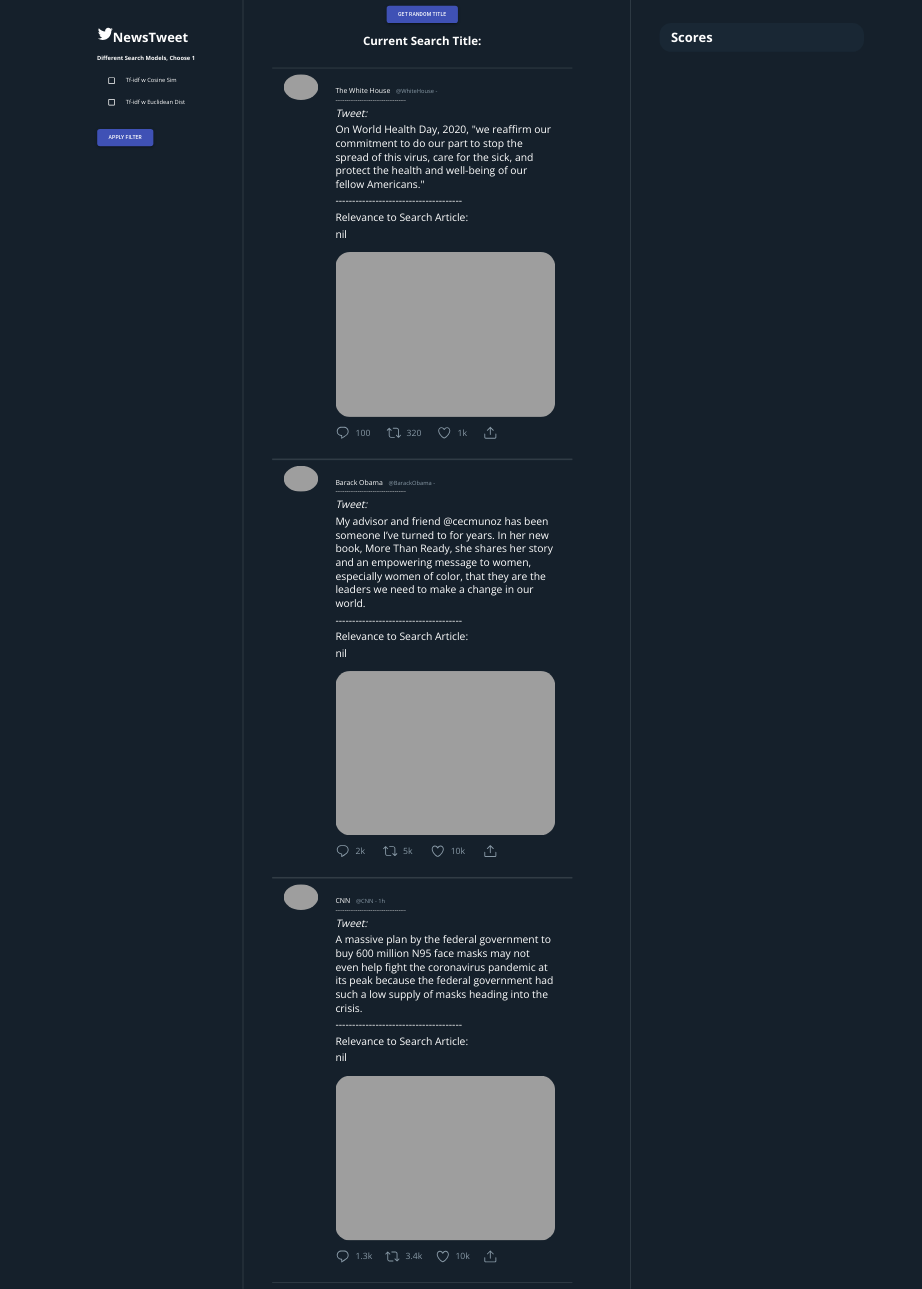
Repository: Dustyik/IR-tweets---disaster-
Page: / (app in Frontend/)
These files come from the project's save history. The page is drawn as it stood at one moment and after the next save; the edit follows.
The browser window is 1280 px wide. The pictures show the whole page, at 72% of full size.
Pictures or frames that could not be fetched are drawn as grey boxes. The page's requests for data from a server got no answer. The project was rebuilt for these pictures with package versions that can differ from the ones it lists, and the page was loaded fresh each time. No one was signed in, and anything a server would have sent is missing. Also part of the build but not shown: Frontend/src/components/trending/Trend.js, Frontend/src/components/trending/TrendsList.js, Frontend/src/components/trending/FollowSuggestionCard.js, Frontend/src/styles/FollowList.css, Frontend/src/components/trending/FollowSuggestionsList.js, Frontend/src/components/StatusCard.js, Frontend/src/pages/Status.js, Frontend/src/components/profile/ProfileHead.js and 3 more.

Above is the page before, as saved 2021-08-03 19:18:04.

### Frontend/public/index.html
<!DOCTYPE html>
<html lang="en">

<head>
  <meta charset="utf-8" />
  <link rel="icon" href="%PUBLIC_URL%/favicon.ico" />
  <meta name="viewport" content="width=device-width, initial-scale=1" />
  <meta name="theme-color" content="#000000" />
  <meta name="description" content="Web site created using create-react-app" />
  <link rel="apple-touch-icon" href="%PUBLIC_URL%/logo192.png" />
  <link href="https://fonts.googleapis.com/css2?family=Open+Sans:wght@400;700&display=swap" rel="stylesheet">
  <!--
      manifest.json provides metadata used when your web app is installed on a
      user's mobile device or desktop. See https://developers.google.com/web/fundamentals/web-app-manifest/
    -->
  <link rel="manifest" href="%PUBLIC_URL%/manifest.json" />
  <!--
      Notice the use of %PUBLIC_URL% in the tags above.
      It will be replaced with the URL of the `public` folder during the build.
      Only files inside the `public` folder can be referenced from the HTML.

      Unlike "/favicon.ico" or "favicon.ico", "%PUBLIC_URL%/favicon.ico" will
      work correctly both with client-side routing and a non-root public URL.
      Learn how to configure a non-root public URL by running `npm run build`.
    -->
  <title>React App</title>
</head>

<body>
  <noscript>You need to enable JavaScript to run this app.</noscript>
  <div id="root"></div>
  <!--
      This HTML file is a template.
      If you open it directly in the browser, you will see an empty page.

      You can add webfonts, meta tags, or analytics to this file.
      The build step will place the bundled scripts into the <body> tag.

      To begin the development, run `npm start` or `yarn start`.
      To create a production bundle, use `npm run build` or `yarn build`.
    -->
</body>

</html>

### Frontend/src/App.js
import React from 'react';
import { BrowserRouter as Router, Route } from 'react-router-dom';
import './App.css';
import { Sidebar } from './components/Sidebar';
import { Home } from './pages/Home';
import { Trending } from './components/trending/Trending';
import { GlobalProvider } from './context/GlobalState';
import { Status } from './pages/Status';
import ScrollToTop from './utils/ScrollToTop';
import { Profile } from './pages/Profile';

function App() {
  return (
    <GlobalProvider >
      <Router >

        <ScrollToTop>
          <div className="App">
            <div className="side-nav">
              <Sidebar />
            </div>
            <div className="main trending">

              <Route exact path="/" component={Home} />
              { /*
              <Route exact path="/:id" component={Profile} />
              <Route exact path="/status/:id" component={Status} />
              */}


            </div>

            <div className="trending">
              <Trending />
            </div>
          </div>
        </ScrollToTop>

      </Router>
    </GlobalProvider>
  );
}

export default App;

### Frontend/src/App.css
:root {
    --body-bg        : rgb(21, 32, 43);
    --sky-blue       : rgba(29, 161, 242, 1.00);
    --light          : rgba(255, 255, 2555);
    --grey           : rgb(136, 153, 166);
    --border         : rgb(56, 68, 77);
    --thick-border   : rgb(37, 51, 65);
    --thick-border   : rgb(37, 51, 65);
    --card-background: rgb(25, 39, 52);
}

body {
    background-color: var(--body-bg);
    font-family     : 'Open Sans', sans-serif;
    padding         : 0;
    margin          : 0;
    color           : var(--light);
}

html {
    font-size: 8px;
}

::-webkit-input-placeholder {
    /* Chrome/Opera/Safari */
    font-size  : 2.5rem;
    color      : #9197a3;
    font-weight: 400;
}

::-moz-placeholder {
    /* Firefox 19+ */
    font-size  : 2.5rem;
    color      : #9197a3;
    font-weight: 400;
}

:-ms-input-placeholder {
    /* IE 10+ */
    font-size  : 2.5rem;
    color      : #9197a3;
    font-weight: 400;
}

:-moz-placeholder {
    /* Firefox 18- */
    font-size  : 2.5rem;
    color      : #9197a3;
    font-weight: 400;
}

.App {
    display              : grid;
    grid-template-columns: 2.5fr 4fr 3fr;
}

.side-nav {
    padding-left: 40%;
    padding-top : 3rem;
}

.side-nav svg {
    fill : var(--light);
    width: 2.75rem;
}

.side-nav svg:hover {
    fill: var(--sky-blue);
}

.side-nav-item {
    padding: 2rem 0;

}

.side-nav .side-nav-item .side-nav-text {
    font-size     : 2.25rem;
    font-weight   : 700;
    color         : var(--light);
    padding-left  : 3rem;
    vertical-align: bottom;
}

.avatar {
    display: inline;
}

.avatar img {
    border-radius: 50%;
}


/* helper classes */
.p-0 {
    padding: 0
}


.pl-0 {
    padding-left: 0
}

.p-1 {
    padding: 1rem;
}

.p-2 {
    padding: 2rem
}

.pr-0 {
    padding-right: 0
}

.pb-1 {
    padding-bottom: 1rem;
}

.m-0 {
    margin: 0
}

.mb-0 {
    margin-bottom: 0;
}

.text-center {
    text-align: center;
}

.w-100 {
    width: 100%;
}

.pl-1 {
    padding-left: 1rem;
}

.pr-1 {
    padding-right: 1rem;
}

ul {
    list-style: none;
}

.flex-align-center {
    display    : flex;
    align-items: center;
}

.flex-space-between {
    display        : flex;
    justify-content: space-between;
}

.inline-block {
    display: inline-block;

}


.btn {
    color      : var(--light);
    font-weight: 700;
    cursor     : pointer;
    border     : none;
    background : transparent;
}

.tweet-btn {
    border-radius   : 4rem;
    font-size       : 2rem;
    padding         : 1.5rem;
    background-color: var(--sky-blue);
    width           : 80%;
}

.follow-btn {
    border-radius: 3rem;
    font-size    : 2rem;
    padding      : 0.5rem;
    font-weight  : 700;
    color        : var(--sky-blue);
    border       : 1px solid var(--sky-blue);
}

.pointer {
    cursor: pointer;
}

.bold-dull-para {
    font-size: 1.75rem;
    color    : var(--grey);
}

a {
    text-decoration: none;
    color          : inherit;
}

h1 {
    font-size  : 2.25rem;
    font-weight: 700;
    color      : var(--light);
}

h2 {
    font-size  : 2rem;
    font-weight: 700;
    color      : var(--light);
}

input:focus {
    outline: none;
}

### Frontend/src/components/Sidebar.js
import React, {useState, useContext} from 'react';
import { Logo, HomeIcon, ExploreIcon, NotificationIcon, MessageIcon, BookmarkIcon, ListsIcon, MoreIcon } from '../images/svg/svgs';
import { SmallAvatar } from '../images/avatars';
import { Checkbox } from '@material-ui/core';
import { Button } from '@material-ui/core';
import * as API from "../apifunctions"
import { GlobalContext } from '../context/GlobalState'
import { uniqueNamesGenerator, Config, adjectives, colors, animals } from 'unique-names-generator';


const SEARCH_MODELS = ["Tf-idf w Cosine Sim", "Tf-idf w Euclidean Dist"]

export const Sidebar = () => {
    const profImageurl = 'https://pbs.twimg.com/profile_images/1247964769669136385/KVCROk2D_bigger.jpg';
    const [searchModelsLocalState, setSearchModelsLocalState] = useState([])

    const {setSearchModels, searchModels, title, removeAllTweets, addTweet} = useContext(GlobalContext);

    const checkBoxToggled = (event) => {
        const id = event.id
        const checkValue = event.checked

        if (checkValue){
            setSearchModels(id)
            setSearchModelsLocalState(id)
        }
    }

    const applyFilter = () => {
        API.applySearchFilters(searchModels, title.title, title.id).then(
            res => {
                removeAllTweets()
                const data = JSON.parse(res.data.pandas_data)
                const rankingScore = res.data.ranking_score


                const relevanceData = data.relevance
                const tweetData = data.text
                const tweetIdData = data.id
                const relatedArticlesData = data.related_article

                for (let i = 0; i < Object.keys(relevanceData).length; i++){
                    let pxSize = 140 + i*3
                    const newTweet = {
                        name: uniqueNamesGenerator({dictionaries: [adjectives, colors, animals]}),
                        tweet: tweetData[i],
                        relevance: relevanceData[i],
                        image: `https://placeimg.com/${pxSize}/${pxSize}/any`
                    }
                    addTweet(newTweet)
                }
            }
        )
    }

    const createCheckBoxes = () =>
        SEARCH_MODELS.map((e) => {

            return (
                <div>
                <Checkbox
                size = "medium"
                id = {e}
                onChange = {(e) => checkBoxToggled(e.target)}
                checked = {searchModelsLocalState == e}
                >
                </Checkbox>
                {e}

                </div>
            )
        }
    )


    const checkBoxes = createCheckBoxes()

    return (
        <div>
            <div className="side-nav-header">

                <h1>
                <Logo />
                    NewsTweet
                </h1>
            </div>
            <h4>
                Different Search Models,
                Choose 1
            </h4>



            {checkBoxes}

            <div>
                &nbsp;
            </div>
            <div>
                &nbsp;
            </div>

            <Button
                onClick = {applyFilter}
                variant="contained" color="primary">
                Apply Filter
            </Button>



        </div>
    )
}

### Frontend/src/pages/Home.js
import React, { useState, useEffect, useContext } from 'react';
import '../styles/Main.css';
import { TweetList } from '../components/TweetList';
import { SearchIcon } from '../images/svg/svgs'
import * as API from "../apifunctions"
import { Button } from '@material-ui/core';
import { GlobalContext } from '../context/GlobalState'


export const Home = () => {
    const [titlesState, setTitlesState] = useState([])
    const { title, setTitle } = useContext(GlobalContext);


    useEffect(() => {
        API.getTitles().then(
            res => {
                const data = JSON.parse(res.data);
                const titlesData = data.title
                const idData = data.id
                var values = []
                for (let i = 0; i < Object.keys(titlesData).length; i++){
                    values.push({
                        title: titlesData[i],
                        id: idData[i]
                    })
                }
                setTitlesState(values)
            }
        ).catch(
            err => console.log("Error fetching titles", err)
        )
    }, [])

    const randomButtonClick = () => {
        const randomElement = titlesState[Math.floor(Math.random() * titlesState.length)];
        setTitle(randomElement)
    }

    return (
        <>
            <div style = {{display:"flex", flexDirection:"row", justifyContent:"center"}}>
            {/*
            <div className="search-box flex-align-center">
                    <SearchIcon />
                    <input placeholder="Search Our Corpus Using Headlines" className="search-input w-100" type="text" />
            </div>
            */}
            <Button
                onClick = {randomButtonClick}
                variant="contained"
                color="primary">
                Get Random Title
            </Button>

            </div>
            <h2 style = {{display:"flex", justifyContent:"center"}}>
                Current Search Title:
            </h2>

            <h2 style = {{display:"flex", justifyContent:"center"}}>
               {title.title}
            </h2>
                {/*
            <NewTweet />
                */}
            <div className="tweets">
                <TweetList />
            </div>
        </>
    )
}

### Frontend/src/components/trending/Trending.js
import React from 'react';
import '../../styles/Trending.css';
import { SearchIcon } from '../../images/svg/svgs'
import { TrendsList } from './TrendsList';
import { FollowSuggestionsList } from './FollowSuggestionsList';


export const Trending = () => {
    return (
        <>
            <div>

                <div className="trends-list m-0">
                    {/*
                    <TrendsList />
                    */}
                    <h1>
                    Scores
                    </h1>
                </div>
                {/*
                <div className="follow-list">
                    <FollowSuggestionsList />
                </div>
                */}
            </div>
        </>
    )
}

### Frontend/src/utils/ScrollToTop.js
import React, { useEffect, Fragment } from 'react';
import { withRouter } from 'react-router-dom';

function ScrollToTop({ history, children }) {
    useEffect(() => {
        const unlisten = history.listen(() => {
            window.scrollTo(0, 0);
        });
        return () => {
            unlisten();
        }
    }, []);

    return <Fragment>{children}</Fragment>;
}

export default withRouter(ScrollToTop);

### Frontend/src/images/avatars.js
import React from 'react'

export const SmallAvatar = ({ width, image }) => {
    return (
        <div className="avatar">
            <img width={width} src={image} alt="avatar" />
        </div>
    )
}

### Frontend/src/apifunctions.js
import axios from 'axios';

export const getTitles = () => {
    console.log("get Titles called")
    return axios.get("http://localhost:5000/getTitles")
}

export const applySearchFilters = (data, title, id) => {
    return axios.post("http://localhost:5000/applySearchModels", {
            data: data,
            queryTitle: title,
            articleId: id

        }
    )
}

### Frontend/src/styles/Main.css
/* main styles */
.main {
    border-left : 1px solid var(--border);
    border-right: 1px solid var(--border);
    ;
}

.home {
    padding-left : 2.5rem;
    border-bottom: 1px solid var(--border);
}

.new-tweet {
    padding              : 1rem;
    display              : grid;
    grid-template-columns: 1fr 9fr;
    border-bottom        : 1rem solid var(--thick-border);
}

.new-tweet .left,
.right {
    padding: 0 1rem;
}

.new-tweet input {
    padding    : 2rem 0;
    background : transparent;
    border     : none;
    color      : var(--light);
    font-size  : 2rem;
    font-weight: 700;
}

.new-tweet-options {
    padding-right  : 1rem;
    display        : flex;
    justify-content: space-between;
    align-items    : center;
}

.new-tweet .add-icons {
    margin-right: 1rem;
}

.new-tweet .add-icons svg {
    width  : 3rem;
    fill   : var(--sky-blue);
    padding: 1rem;
}

.new-tweet .add-icons svg:first-child {
    padding-left: 0;
}

### Frontend/src/components/TweetList.js
import React, { useContext } from 'react'
import TweetCard from './TweetCard'
import { GlobalContext } from '../context/GlobalState'

export const TweetList = () => {
    const { tweets } = useContext(GlobalContext);

    return (
        <>
            {tweets.map((tweet, index) => (<TweetCard key={index} tweet={tweet} />))}
        </>
    )
}

### Frontend/src/styles/Trending.css
.trending {
    padding: 1rem 10rem 1rem 5rem;
}

.trending .search-box {
    width     : 100%;
    background: transparent;

    background-color: var(--thick-border);
    border-radius   : 5rem;
    border          : none;
}

.trending .search-box svg {
    width       : 3rem;
    fill        : var(--grey);
    padding-left: 1rem;

}

.trending .search-box input {
    padding   : 1.5rem;
    font-size : 2rem;
    width     : 100%;
    background: transparent;
    border    : none;
    color     : var(--light);
}

.trends-list {
    background-color: var(--card-background);
    border-radius   : 2rem;
    margin-top      : 3rem;
}

.trends-list h1 {
    padding: 1rem 2rem;

}

.trends-for-you {
    padding-right: 1rem;
}

.trends-for-you svg {
    width: 3.5rem;
    fill : var(--sky-blue);
}

.trends-card {
    border-top   : 1px solid var(--border);
    border-bottom: 1px solid var(--border);
    padding      : 2rem;
}

.trends :last-child {
    border-bottom: none;
}

.trends-topic {
    font-size: 1.5rem;
    color    : var(--grey);
}

.trend-tweet-count {
    font-size: 1.75rem;
    color    : var(--grey);
}



.trending ::-webkit-input-placeholder {
    /* Chrome/Opera/Safari */
    font-size  : 2rem;
    color      : #9197a3;
    font-weight: 400;
}

.trending ::-moz-placeholder {
    /* Firefox 19+ */
    font-size  : 2rem;
    color      : #9197a3;
    font-weight: 400;
}

.trending :-ms-input-placeholder {
    /* IE 10+ */
    font-size  : 2rem;
    color      : #9197a3;
    font-weight: 400;
}

.trending :-moz-placeholder {
    /* Firefox 18- */
    font-size  : 2rem;
    color      : #9197a3;
    font-weight: 400;
}

### Frontend/src/context/AppReducer.js
const MAX = 30
const MIN = 0

export default (state, action) => {
    switch (action.type) {
        case 'DELETE_TRANSACTION':
            return {
                ...state,
                transactions: state.transactions.filter(transaction => transaction.id !== action.payload)
            }
        case 'ADD_TWEET':
            const newTweet = {
                user: {
                    name: action.payload.name,
                    image: action.payload.image,
                    handle: `@${action.payload.name}`,
                },
                tweet: {
                    content: action.payload.tweet,
                    image: null,
                    comments: Math.floor(Math.random()*(MAX-MIN)+MIN),
                    retweets: Math.floor(Math.random()*(MAX-MIN)+MIN),
                    likes: Math.floor(Math.random()*(MAX-MIN)+MIN),
                    relevance: action.payload.relevance
                }
            };
            return {
                ...state,
                tweets: [...state.tweets, newTweet]
            }

        case "SET_TITLE":
            return {
            ...state,
            title: action.payload
        }

        case "SET_SEARCH_MODEL":
            return {
            ...state,
            searchModels: action.payload
        }

        case "REMOVE_ALL_TWEETS":
            return {
            ...state,
            tweets: []
        }


        default:
            return state
    }
}

### Frontend/src/styles/StatusCard.css
.tweets {}

.status-card {
    /* padding              : 1rem;
    display                 : grid;
    grid-template-columns   : 1fr 9fr; */
    border-bottom           : 0.5px solid var(--border);
    border-top              : 0.5px solid var(--border);

}

.status-card .left,
.right {
    padding: 2rem;
}

.status-card .left {
    display    : flex;
    align-items: center;

}

.status-card .right {
    padding-top: 0;
}

.status-card .status-card-name {
    font-size    : 2rem;
    font-weight  : 700;
    padding-right: 1rem;
}

.status-card .status-card-handle,
.status-card-time {
    font-size: 1.5rem;
    color    : var(--grey);
}

.status-card .status-card-body .status-card-content p {
    font-size : 2.5rem;
    margin-top: .5rem;
}

.status-card .status-card-body .status-card-image {
    margin-top: 2rem;
}

.status-card .status-card-body .status-card-image img {
    width        : 100%;
    border-radius: 20px;
}

.status-card .status-card-footer {
    padding-right: 10rem;
    display      : flex;

    justify-content: space-around;
    padding-top    : 1rem;
    width          : 100%;
}

.status-card .status-card-footer svg {
    fill : var(--grey);
    width: 2.5rem;
}

.status-card .status-card-footer .tweet-cars-icon {
    line-height : 2;
    font-size   : 1.5rem;
    color       : var(--grey);
    padding-left: 1rem;
}

.status {
    display    : flex;
    align-items: center;
    padding    : 0 2rem;
    display    : flex;
    align-items: center;
}

.status h1 {
    display     : inline-block;
    padding-left: 1rem;
}

.status svg {
    width: 4rem;
    fill : var(--sky-blue);
}

### Frontend/src/styles/TweetCard.css
.tweets {}

.tweet-card {
    padding              : 1rem;
    display              : grid;
    grid-template-columns: 1fr 9fr;
    border-bottom        : 0.5px solid var(--border);
    border-top           : 0.5px solid var(--border);

}

.tweet-card .left,
.right {
    padding: 0 1rem;
}

.tweet-card .tweet-card-head .tweet-card-name {
    font-size    : 1.2rem;
    font-weight  : 300;
    padding-right: 1rem;
}

.tweet-card .tweet-card-head .tweet-card-name:hover {
    text-decoration: underline;
}

.tweet-card .tweet-card-head .tweet-card-handle,
.tweet-card-time {
    font-size: rem;
    color    : var(--grey);
}

.tweet-card .tweet-card-body .tweet-card-content p {
    font-size : 1.8rem;
    margin-top: .5rem;
}

.tweet-card .tweet-card-body .tweet-card-image {
    margin-top: 2rem;
}

.tweet-card .tweet-card-body .tweet-card-image img {
    width        : 100%;
    border-radius: 20px;
}

.tweet-card .tweet-card-footer {
    padding-right  : 10rem;
    display        : flex;
    justify-content: space-between;
    padding-top    : 1rem;
}

.tweet-card .tweet-card-footer svg {
    fill : var(--grey);
    width: 2.5rem;
}

.tweet-card .tweet-card-footer .tweet-cars-icon {
    line-height : 2;
    font-size   : 1.5REM;
    color       : var(--grey);
    padding-left: 1rem;
}

Loaded but not shown: Frontend/src/index.js (common file); Frontend/src/images/svg/svgs.js (66 lines, source omitted); Frontend/src/context/GlobalState.js (113 lines, source omitted); Frontend/src/components/TweetCard.js (67 lines, source omitted)

After the next save:
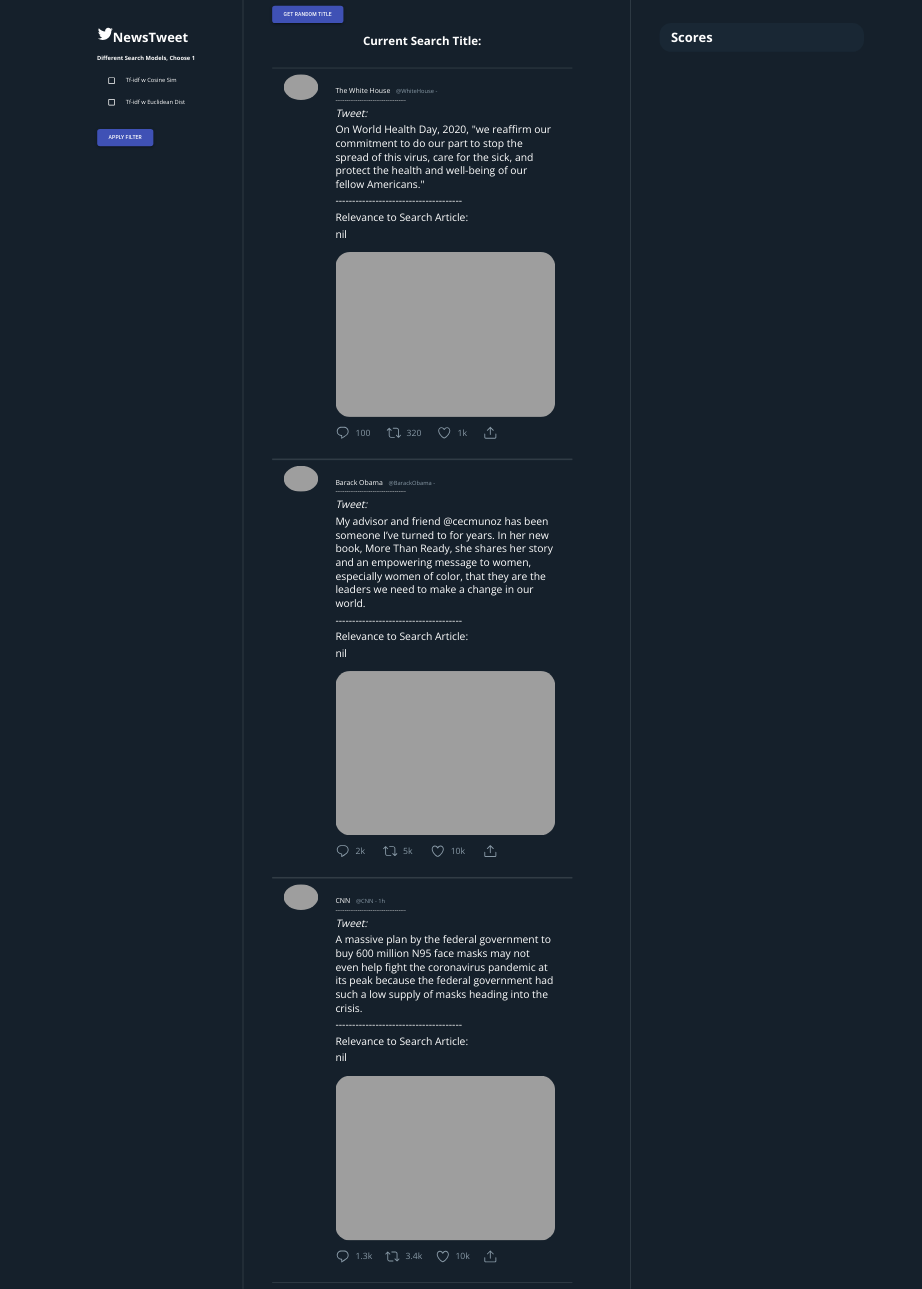
Saved 5 s later.
--- a/Frontend/src/pages/Home.js
+++ b/Frontend/src/pages/Home.js
@@ -39,7 +39,7 @@
 
     return (
         <>
-            <div style = {{display:"flex", flexDirection:"row", justifyContent:"center"}}>
+            <div style = {{display:"flex", flexDirection:"row", alignItems:"center"}}>
             {/*
             <div className="search-box flex-align-center">
                     <SearchIcon />
